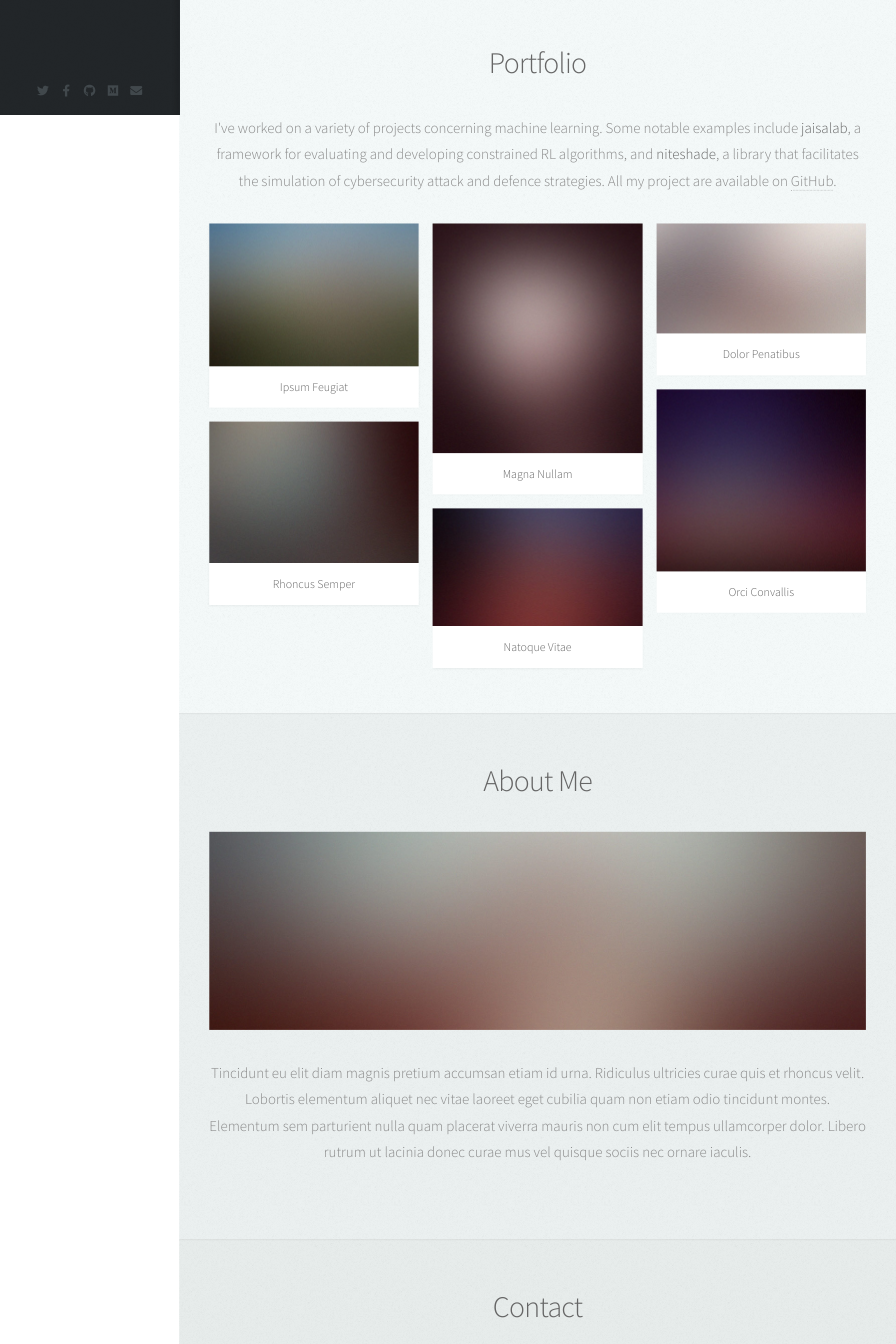
Repository: jaimesabalimperial/jaimesabalimperial.github.io
Page: index.html
An editor plug-in stored every save of this project. The page is shown before and after the next save, followed by the edit.
The browser window is 1280 px wide. The pictures show the part of the page from y = 555 to 2475 px (the page is 3341 px tall before and 3378 px after), at 70% of full size.

Above is the page before, as saved 2022-10-04 11:59:05.

### index.html
<!DOCTYPE HTML>
<!--
	Prologue by HTML5 UP
	html5up.net | @ajlkn
	Free for personal and commercial use under the CCA 3.0 license (html5up.net/license)
-->
<html>
	<head>
		<title>Prologue by HTML5 UP</title>
		<meta charset="utf-8" />
		<meta name="viewport" content="width=device-width, initial-scale=1, user-scalable=no" />
		<link rel="stylesheet" href="assets/css/main.css" />
	</head>
	<body class="is-preload">

		<!-- Header -->
			<div id="header">

				<div class="top">

					<!-- Logo -->
						<div id="logo">
							<span class="image avatar48"><img src="images/profile2.jpeg" alt="" /></span>
							<h1 id="title">Jaime Sabal Bermúdez</h1>
							<p>Machine Learning Engineer/Researcher</p>
						</div>

					<!-- Nav -->
						<nav id="nav">
							<ul>
								<li><a href="#top" id="top-link"><span class="icon solid fa-home">Intro</span></a></li>
								<li><a href="#portfolio" id="portfolio-link"><span class="icon solid fa-th">Portfolio</span></a></li>
								<li><a href="#about" id="about-link"><span class="icon solid fa-user">About Me</span></a></li>
								<li><a href="#contact" id="contact-link"><span class="icon solid fa-envelope">Contact</span></a></li>
							</ul>
						</nav>

				</div>

				<div class="bottom">

					<!-- Social Icons -->
						<ul class="icons">
							<li><a href="#" class="icon brands fa-twitter"><span class="label">Twitter</span></a></li>
							<li><a href="#" class="icon brands fa-facebook-f"><span class="label">Facebook</span></a></li>
							<li><a href="https://github.com/jaimesabalimperial" class="icon brands fa-github"><span class="label">Github</span></a></li>
							<li><a href="https://medium.com/@jsabalb" class="icon brands fa-medium"><span class="label">Medium</span></a></li>
							<li><a href="mailto: jsabalb@gmail.com" class="icon solid fa-envelope"><span class="label">Email</span></a></li>
						</ul>

				</div>

			</div>

		<!-- Main -->
			<div id="main">

				<!-- Intro -->
					<section id="top" class="one dark cover">
						<div class="container">

							<header>
								<h2 class="alt">Hi! I'm <strong>Jaime</strong>, an aspiring <br />
								researcher in machine learning</a>.</h2>
								<p>My interests specifically revolve around reinforcement learning <br />
								and robot learning and control (with focus on evolutionary algorithms).</p>
							</header>

							<footer>
								<a href="#about" class="button scrolly">About Me</a>
							</footer>

						</div>
					</section>

				<!-- Portfolio -->
					<section id="portfolio" class="two">
						<div class="container">

							<header>
								<h2>Portfolio</h2>
							</header>

							<p>I've worked on a variety of projects concerning machine learning. Some notable
							examples include <strong>jaisalab</strong>, a framework for evaluating and developing
							constrained RL algorithms, and <strong>niteshade</strong>, a library that facilitates
							the simulation of cybersecurity attack and defence strategies. All my project are
							available on <a href="https://github.com/jaimesabalimperial">GitHub</a>.</p>

							<div class="row">
								<div class="col-4 col-12-mobile">
									<article class="item">
										<a href="#" class="image fit"><img src="images/pic02.jpg" alt="" /></a>
										<header>
											<h3>Ipsum Feugiat</h3>
										</header>
									</article>
									<article class="item">
										<a href="#" class="image fit"><img src="images/pic03.jpg" alt="" /></a>
										<header>
											<h3>Rhoncus Semper</h3>
										</header>
									</article>
								</div>
								<div class="col-4 col-12-mobile">
									<article class="item">
										<a href="#" class="image fit"><img src="images/pic04.jpg" alt="" /></a>
										<header>
											<h3>Magna Nullam</h3>
										</header>
									</article>
									<article class="item">
										<a href="#" class="image fit"><img src="images/pic05.jpg" alt="" /></a>
										<header>
											<h3>Natoque Vitae</h3>
										</header>
									</article>
								</div>
								<div class="col-4 col-12-mobile">
									<article class="item">
										<a href="#" class="image fit"><img src="images/pic06.jpg" alt="" /></a>
										<header>
											<h3>Dolor Penatibus</h3>
										</header>
									</article>
									<article class="item">
										<a href="#" class="image fit"><img src="images/pic07.jpg" alt="" /></a>
										<header>
											<h3>Orci Convallis</h3>
										</header>
									</article>
								</div>
							</div>

						</div>
					</section>

				<!-- About Me -->
					<section id="about" class="three">
						<div class="container">

							<header>
								<h2>About Me</h2>
							</header>

							<a href="#" class="image featured"><img src="images/pic08.jpg" alt="" /></a>

							<p>Tincidunt eu elit diam magnis pretium accumsan etiam id urna. Ridiculus
							ultricies curae quis et rhoncus velit. Lobortis elementum aliquet nec vitae
							laoreet eget cubilia quam non etiam odio tincidunt montes. Elementum sem
							parturient nulla quam placerat viverra mauris non cum elit tempus ullamcorper
							dolor. Libero rutrum ut lacinia donec curae mus vel quisque sociis nec
							ornare iaculis.</p>

						</div>
					</section>

				<!-- Contact -->
					<section id="contact" class="four">
						<div class="container">

							<header>
								<h2>Contact</h2>
							</header>

							<p>Elementum sem parturient nulla quam placerat viverra
							mauris non cum elit tempus ullamcorper dolor. Libero rutrum ut lacinia
							donec curae mus. Eleifend id porttitor ac ultricies lobortis sem nunc
							orci ridiculus faucibus a consectetur. Porttitor curae mauris urna mi dolor.</p>

							<form method="post" action="#">
								<div class="row">
									<div class="col-6 col-12-mobile"><input type="text" name="name" placeholder="Name" /></div>
									<div class="col-6 col-12-mobile"><input type="text" name="email" placeholder="Email" /></div>
									<div class="col-12">
										<textarea name="message" placeholder="Message"></textarea>
									</div>
									<div class="col-12">
										<input type="submit" value="Send Message" />
									</div>
								</div>
							</form>

						</div>
					</section>

			</div>

		<!-- Footer -->
			<div id="footer">

				<!-- Copyright -->
					<ul class="copyright">
						<li>&copy; Untitled. All rights reserved.</li><li>Design: <a href="http://html5up.net">HTML5 UP</a></li>
					</ul>

			</div>

		<!-- Scripts -->
			<script src="assets/js/jquery.min.js"></script>
			<script src="assets/js/jquery.scrolly.min.js"></script>
			<script src="assets/js/jquery.scrollex.min.js"></script>
			<script src="assets/js/browser.min.js"></script>
			<script src="assets/js/breakpoints.min.js"></script>
			<script src="assets/js/util.js"></script>
			<script src="assets/js/main.js"></script>

	</body>
</html>

Loaded but not shown: assets/css/fontawesome-all.min.css (library); assets/js/jquery.min.js (library); assets/js/jquery.scrolly.min.js (common file); assets/js/jquery.scrollex.min.js (common file); assets/js/browser.min.js (common file); assets/js/breakpoints.min.js (common file); assets/js/util.js (587 lines, source omitted); assets/js/main.js (123 lines, source omitted); assets/css/main.css (2633 lines, source omitted)

After the next save:
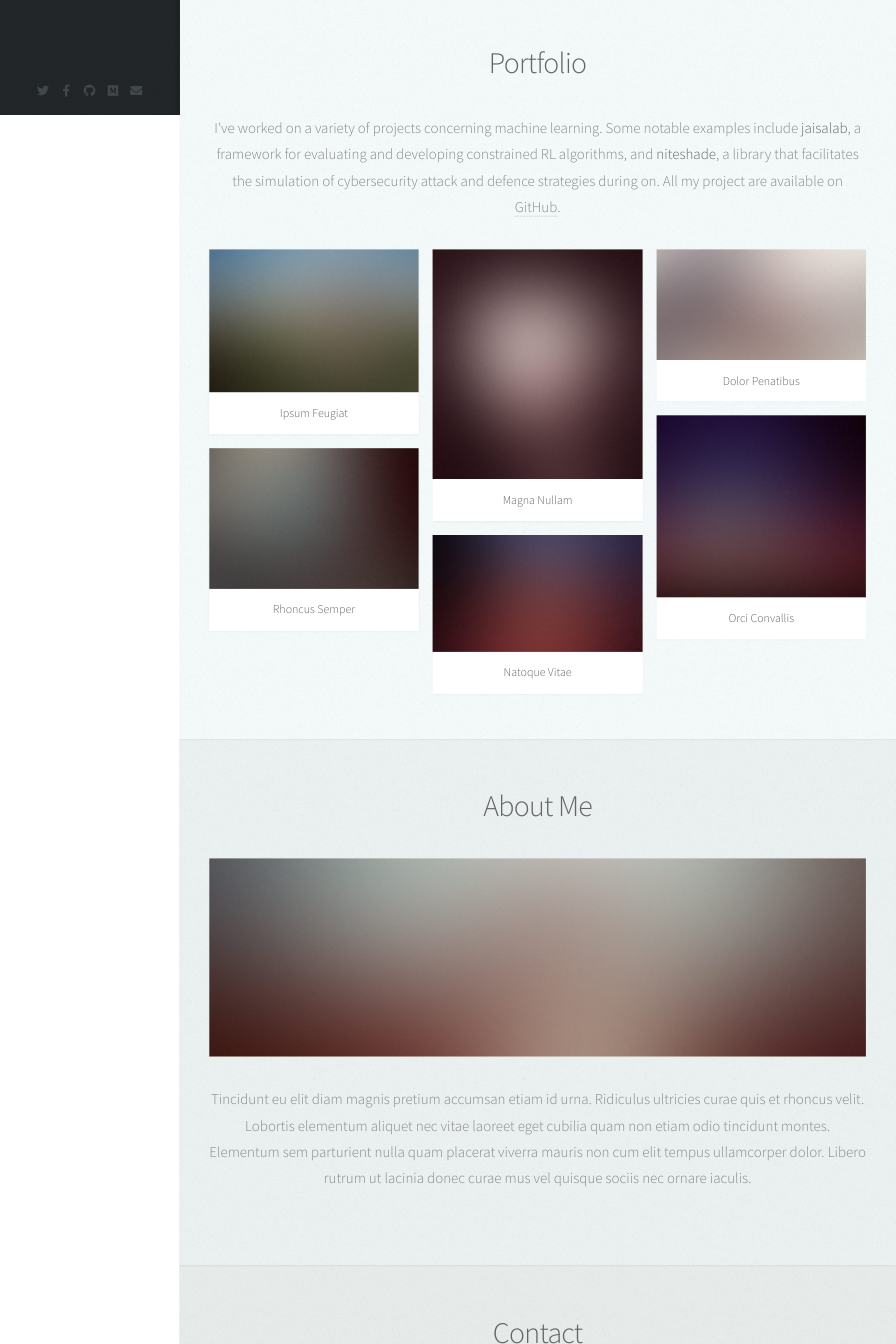
Saved 8 min 2 s later.
--- a/index.html
+++ b/index.html
@@ -84,7 +84,7 @@
 							<p>I've worked on a variety of projects concerning machine learning. Some notable
 							examples include <strong>jaisalab</strong>, a framework for evaluating and developing
 							constrained RL algorithms, and <strong>niteshade</strong>, a library that facilitates
-							the simulation of cybersecurity attack and defence strategies. All my project are
+							the simulation of cybersecurity attack and defence strategies during on. All my project are
 							available on <a href="https://github.com/jaimesabalimperial">GitHub</a>.</p>
 
 							<div class="row">
